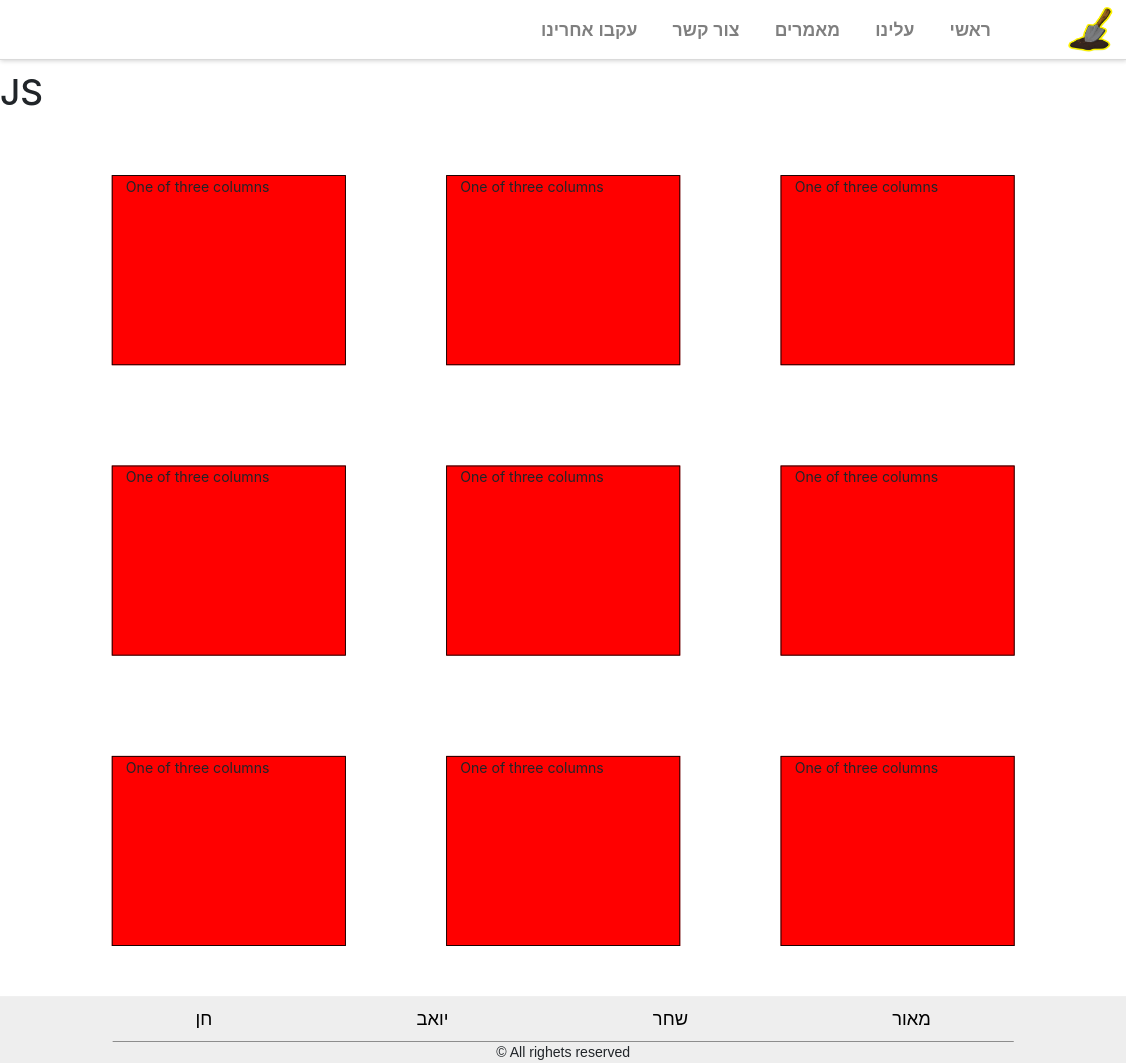
Repository: yoavBenZion/Blog-Zubi
Page: articlesPage.html
The author's editor kept a copy of each file at every save. The page is drawn from the files as they stood at one save, then again after the next save.
The browser window is 1280 px wide. The pictures show the whole page, at 88% of full size.
Some web fonts or font styles are not loaded; a fallback is used. Some web libraries are served in a nearby version.

Above is the page before, as saved 2017-10-26 11:53:10.

### articlesPage.html
<!DOCTYPE html>
<html lang="he">

<head>
    <meta charset="UTF-8">
    <meta name="viewport" content="width=device-width, initial-scale=1,user-scalable=no;">
    <title>החופרים</title>
    <link rel="stylesheet" href="https://maxcdn.bootstrapcdn.com/bootstrap/4.0.0-beta/css/bootstrap.min.css" integrity="sha384-/Y6pD6FV/Vv2HJnA6t+vslU6fwYXjCFtcEpHbNJ0lyAFsXTsjBbfaDjzALeQsN6M"
        crossorigin="anonymous">
    <link rel="stylesheet" href="https://maxcdn.bootstrapcdn.com/bootstrap/4.0.0-beta.2/css/bootstrap.min.css" integrity="sha384-PsH8R72JQ3SOdhVi3uxftmaW6Vc51MKb0q5P2rRUpPvrszuE4W1povHYgTpBfshb"
        crossorigin="anonymous">

    <script src="https://code.jquery.com/jquery-3.2.1.slim.min.js" integrity="sha384-KJ3o2DKtIkvYIK3UENzmM7KCkRr/rE9/Qpg6aAZGJwFDMVNA/GpGFF93hXpG5KkN"
        crossorigin="anonymous"></script>
    <script src="https://cdnjs.cloudflare.com/ajax/libs/popper.js/1.12.3/umd/popper.min.js" integrity="sha384-vFJXuSJphROIrBnz7yo7oB41mKfc8JzQZiCq4NCceLEaO4IHwicKwpJf9c9IpFgh"
        crossorigin="anonymous"></script>
    <script src="https://maxcdn.bootstrapcdn.com/bootstrap/4.0.0-beta.2/js/bootstrap.min.js" integrity="sha384-alpBpkh1PFOepccYVYDB4do5UnbKysX5WZXm3XxPqe5iKTfUKjNkCk9SaVuEZflJ"
        crossorigin="anonymous"></script>
    <link rel="stylesheet" href="css/Gridrispon.css" type="text/css">
    <link rel="stylesheet" href="css/header.css" type="text/css">
    <link rel="stylesheet" href="css/PopupRispon.css">
    <link rel="stylesheet" href="css/footer.css">
    <link rel="stylesheet" type="text/css" href="css/articlesPage.css">



</head>

<body dir="rtl">
    <header>

        <nav class="navbar navbar-expand-sm navbar-light bg-faded">
            <button class="navbar-toggler" type="button" data-toggle="collapse" data-target="#nav-content" aria-controls="nav-content"
                aria-expanded="false" aria-label="Toggle navigation">
                <span class="navbar-toggler-icon"></span>
            </button>
            <div class="logo">
                <img src="./img/shovel-575661_1280.png">
            </div>
            <!-- Brand -->
            <a class="navbar-brand" href="#"> </a>

            <!-- Links -->
            <div class="collapse navbar-collapse" id="nav-content">
                <ul class="navbar-nav">
                    <li class="nav-item">
                        <a class="nav-link" href="#1">ראשי</a>
                    </li>
                    <li class="nav-item">
                        <a class="nav-link" href="#2">עלינו</a>
                    </li>
                    <li class="nav-item">
                        <a class="nav-link" href="#5">מאמרים</a>
                    </li>
                    <li class="nav-item">
                        <a class="nav-link" href="contact.html">צור קשר</a>
                    </li>
                    <li class="nav-item">
                        <a class="nav-link" href="subscribe.html">עקבו אחרינו</a>
                    </li>

                </ul>

            </div>

        </nav>

    </header>


    <h1>JS</h1>
    <div class="container">
        <div class="row">
            <div class="col">
                One of three columns
            </div>
            <div class="col">
                One of three columns
            </div>
            <div class="col">
                One of three columns
            </div>
        </div>
        <div class="row">
            <div class="col">
                One of three columns
            </div>
            <div class="col">
                One of three columns
            </div>
            <div class="col">
                One of three columns
            </div>
        </div>
        <div class="row">
            <div class="col">
                One of three columns
            </div>
            <div class="col">
                One of three columns
            </div>
            <div class="col">
                One of three columns
            </div>
        </div>
    </div>

    <footer id="footer">
        <ul>
            <li class="box">
                <a class="button" href="#popup3">
                    מאור
                </a>
            </li>
            <li class="box">
                <a class="button" href="#popup2">
                    שחר
                </a>
            </li>
            <li class="box">
                <a class="button" href="#popup1">
                    יואב
                </a>
            </li>
            <li>
                <a class="button" href="#popup4">
                    חן
                </a>
            </li>
        </ul>
        </div>
        <!--yoav popup-->
        <div id="popup1" class="overlay">
            <div class="popup">
                <h2>Yoav Benzion</h2>
                <a class="close" href="#footer">&times;</a>
                <div class="content">
                    <div class="footer-social-icons">
                        <img class="avatar" src="img/yoav.jfif">
                        <p>front end web developer</p>
                        <h4 class="_14">Follow me on:</h4>
                        <ul class="social-icons">
                            <li>
                                <a href="https://www.facebook.com/yoav.benzion.5" target="_blank" class="social-icon">
                                    <i class="fa fa-facebook"></i>
                                </a>
                            </li>
                            <li>
                                <a href="https://twitter.com/Yoav_BenZion" target="_blank" class="social-icon">
                                    <i class="fa fa-twitter"></i>
                                </a>
                            </li>
                            <li>
                                <a href="https://github.com/yoavBenZion" target="_blank" class="social-icon">
                                    <i class="fa fa-github"></i>
                                </a>
                            </li>
                            <li>
                                <a href="https://codepen.io/yoavBZ/" target="_blank" class="social-icon">
                                    <i class="fa fa-codepen"></i>
                                </a>
                            </li>
                            <li>
                                <a href="https://www.linkedin.com/in/yoav-benzion-45818360/" target="_blank" class="social-icon">
                                    <i class="fa fa-linkedin"></i>
                                </a>
                            </li>
                            <li>
                                <a href="https://stackoverflow.com/users/8386160/yoav-b" target="_blank" class="social-icon">
                                    <i class="fa fa-stack-overflow"></i>
                                </a>
                            </li>
                        </ul>
                    </div>
                </div>
            </div>
        </div>
        <!--Shachar popup-->
        <div id="popup2" class="overlay">
            <div class="popup">
                <h2>Shachar</h2>
                <a class="close" href="#footer">&times;</a>
                <div class="content">
                    <div class="footer-social-icons">
                        <img class="avatar" src="img/kid.jpg">
                        <p>front end web developer</p>
                        <h4 class="_14">Follow me on:</h4>
                        <ul class="social-icons">
                            <li>
                                <a href="" class="social-icon">
                                    <i class="fa fa-facebook"></i>
                                </a>
                            </li>
                            <li>
                                <a href="" class="social-icon">
                                    <i class="fa fa-twitter"></i>
                                </a>
                            </li>
                            <li>
                                <a href="" class="social-icon">
                                    <i class="fa fa-github"></i>
                                </a>
                            </li>
                            <li>
                                <a href="" class="social-icon">
                                    <i class="fa fa-codepen"></i>
                                </a>
                            </li>
                            <li>
                                <a href="" class="social-icon">
                                    <i class="fa fa-linkedin"></i>
                                </a>
                            </li>
                            <li>
                                <a href="" class="social-icon">
                                    <i class="fa fa-stack-overflow"></i>
                                </a>
                            </li>
                        </ul>
                    </div>
                </div>
            </div>
        </div>

        <!--Maor popup-->

        <div id="popup3" class="overlay">
            <div class="popup">
                <h2>Maor</h2>
                <a class="close" href="#footer">&times;</a>
                <div class="content">
                    <div class="footer-social-icons">
                        <img class="avatar" src="img/mona.jpg">
                        <p>front end web developer</p>
                        <h4 class="_14">Follow me on:</h4>
                        <ul class="social-icons">
                            <li>
                                <a href="" class="social-icon">
                                    <i class="fa fa-facebook"></i>
                                </a>
                            </li>
                            <li>
                                <a href="" class="social-icon">
                                    <i class="fa fa-twitter"></i>
                                </a>
                            </li>
                            <li>
                                <a href="" class="social-icon">
                                    <i class="fa fa-github"></i>
                                </a>
                            </li>
                            <li>
                                <a href="" class="social-icon">
                                    <i class="fa fa-codepen"></i>
                                </a>
                            </li>
                            <li>
                                <a href="" class="social-icon">
                                    <i class="fa fa-linkedin"></i>
                                </a>
                            </li>
                            <li>
                                <a href="" class="social-icon">
                                    <i class="fa fa-stack-overflow"></i>
                                </a>
                            </li>
                        </ul>
                    </div>
                </div>
            </div>
        </div>

        <!--Chen popup-->
        <div id="popup4" class="overlay">
            <div class="popup">
                <h2>Chen Ginsberg</h2>
                <a class="close" href="#footer">&times;</a>
                <div class="content">
                    <!--          <div class="footer-social-icons">-->
                    <img class="avatar" src="img/MINER.jpg">
                    <p>front end web developer</p>
                    <h4 class="_14">Follow me on:</h4>
                    <ul class="social-icons">
                        <li>
                            <a href="https://www.facebook.com/chenogi" class="social-icon">
                                <i class="fa fa-facebook"></i>
                            </a>
                        </li>
                        <li>
                            <a href="https://github.com/ChenGinsberg?" class="social-icon">
                                <i class="fa fa-github"></i>
                            </a>
                        </li>
                        <li>
                            <a href="https://www.linkedin.com/in/chen-ginsberg-8829a713b/" class="social-icon">
                                <i class="fa fa-linkedin"></i>
                            </a>
                        </li>
                        <li>
                            <a href="https://stackoverflow.com/users/8377318/chen-ginsberg" class="social-icon">
                                <i class="fa fa-stack-overflow"></i>
                            </a>
                        </li>
                    </ul>
                </div>
            </div>
        </div>



        <div class="footer-bottem" dir="ltr">&copy; All righets reserved </div>
    </footer>
    <script src="https://code.jquery.com/jquery-3.2.1.slim.min.js" integrity="sha384-KJ3o2DKtIkvYIK3UENzmM7KCkRr/rE9/Qpg6aAZGJwFDMVNA/GpGFF93hXpG5KkN"
        crossorigin="anonymous"></script>
    <script src="https://cdnjs.cloudflare.com/ajax/libs/popper.js/1.11.0/umd/popper.min.js" integrity="sha384-b/U6ypiBEHpOf/4+1nzFpr53nxSS+GLCkfwBdFNTxtclqqenISfwAzpKaMNFNmj4"
        crossorigin="anonymous"></script>
    <script src="https://maxcdn.bootstrapcdn.com/bootstrap/4.0.0-beta/js/bootstrap.min.js" integrity="sha384-h0AbiXch4ZDo7tp9hKZ4TsHbi047NrKGLO3SEJAg45jXxnGIfYzk4Si90RDIqNm1"
        crossorigin="anonymous"></script>
</body>

</html>

### css/footer.css
@import url(http://fonts.googleapis.com/earlyaccess/alefhebrew.css);
footer {
  background-color: #eee;
  text-align: center;
  font-family: "Alef Hebrew", sans-serif;
  font-size: 1.3rem;
}

footer ul {
  display: flex;
  flex-direction: row;
  padding-right: 0;
  justify-content: space-evenly;
}

footer ul>li {
  list-style: none;
  padding: 10px;
  /*  background-color: #29C3FF;*/
}

footer ul>li:nth-child(odd) {
  color: #93A2A8;
}

footer ul>li:nth-child(even) {
  color: #E2DDE7;
}

footer ul>li:hover {
  background-color: #fff;
  /*  flex: 1;*/
  /*  font-size: 1.5rem;*/
  color: #E2DD11;
  /*  background-repeat: no-repeat;*/
}


/*
footer ul {
  display: grid;
  grid-template-columns: repeat(4, 1fr);
  grid-auto-rows:minmax(50px, auto);
  margin-right: -40px;
 grid-gap: 0.5em;
}
*/

.about,
.footer-bottem {
  text-align: center;
  width: 80%;
  margin: 0 auto;
}

.about {
  border-bottom: 1px dotted black;
}

.footer-bottem {
  border-top: 0.5px solid grey;
  font-size: 1rem;
}

### css/articlesPage.css
/* Grid */

body {
    background-color: ;
}

.col {
    background-color: red;
    margin: 5%;
    height: 30vh;
    border: 1px solid black;
}

Loaded but not shown: css/PopupRispon.css (986 lines, source omitted); css/Gridrispon.css (977 lines, source omitted); css/header.css (no stored copy; drawn as an empty file)

After the next save:
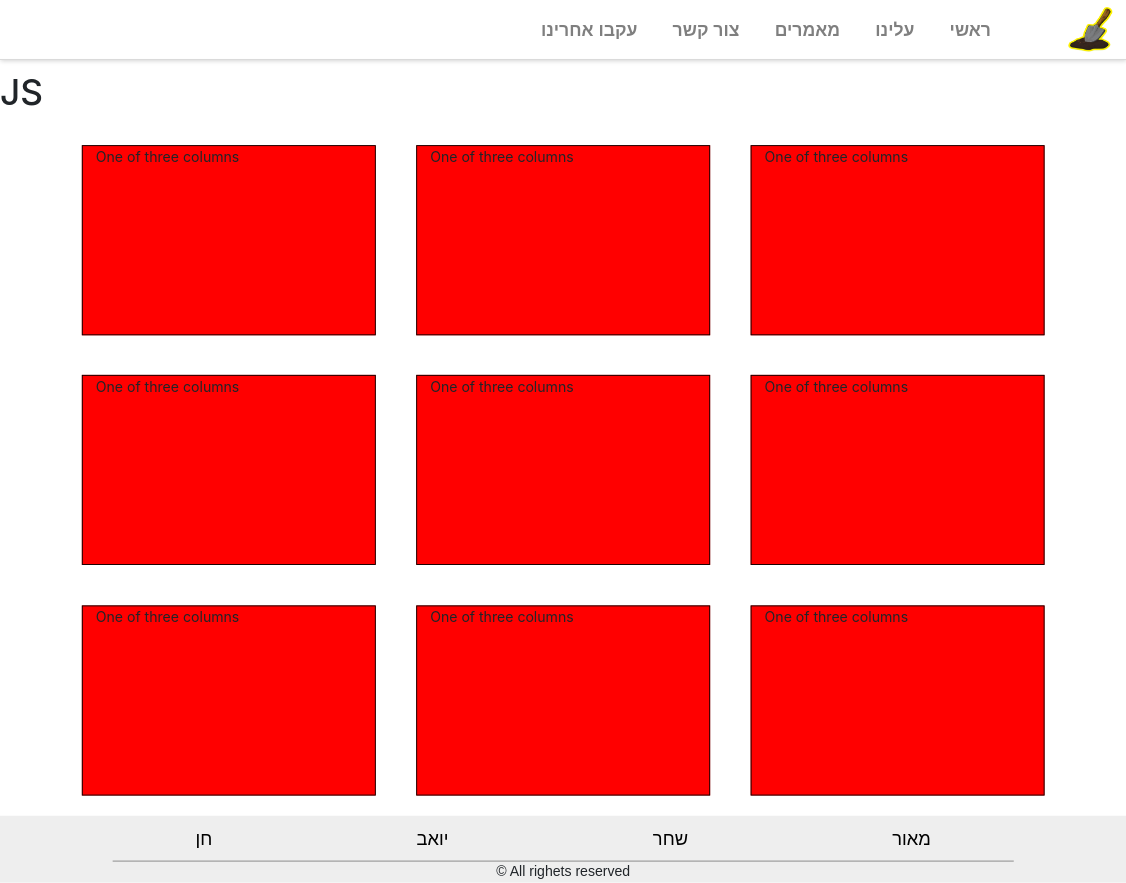
Saved 11 s later.
--- a/css/articlesPage.css
+++ b/css/articlesPage.css
@@ -6,7 +6,7 @@ body {
 
 .col {
     background-color: red;
-    margin: 5%;
+    margin: 2%;
     height: 30vh;
     border: 1px solid black;
 }
